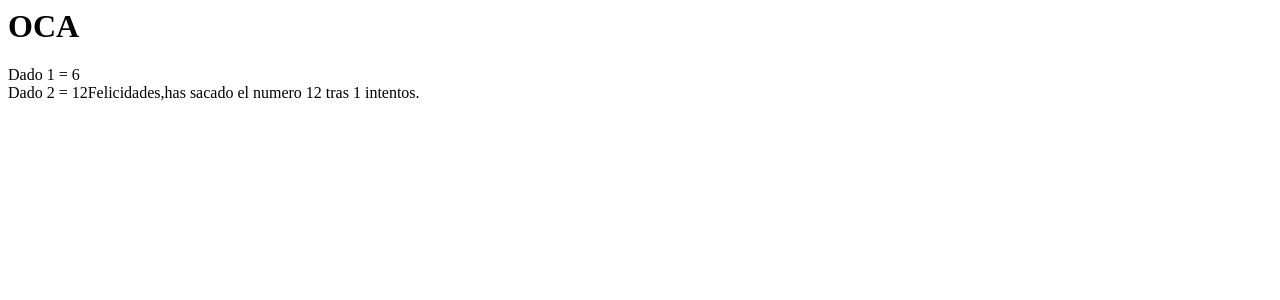
Repository: IlDragoDoro/atomClass
Page: http://localhost/ejercicio2.php
An editor plug-in stored every save of this project. The page is shown before and after the next save, followed by the edit.
The browser window is 1280 px wide. The pictures show the whole page.
The page is run by PHP 8.4 with error messages shown; the project is at /var/www/html/.

Above is the page before, as saved 2020-12-03 22:44:48.

### DWS/POO/ejercicio2.php
<?php
class Oca{
    public $d1=12;
    public $d2;
    public $contador=0;
    public function __construct(){
        $d1 = rand(0,12);
        $d2 = rand(0,12);
        print "<h1>OCA</h1>";
        print "Dado 1  = ".$d1."<br>Dado 2 = ".$d2."";
    }

    public function __destruct(){

            if($this->d1 == 12 || $this->d2 == 12 ||($this->d1+$this->d2)==12){
                $this->contador++;
                print "Felicidades,has sacado el numero 12 tras ".$this->contador." intentos.";
            }else{
                $this->contador++;
            }
        }

}

$oca = new Oca();
?>

After the next save:
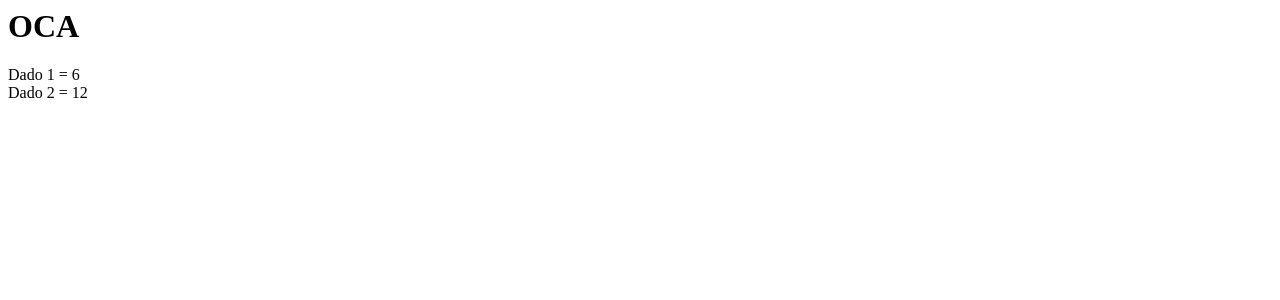
Saved 11 s later.
--- a/DWS/POO/ejercicio2.php
+++ b/DWS/POO/ejercicio2.php
@@ -1,6 +1,6 @@
 <?php
 class Oca{
-    public $d1=12;
+    public $d1;
     public $d2;
     public $contador=0;
     public function __construct(){

After the save that followed:
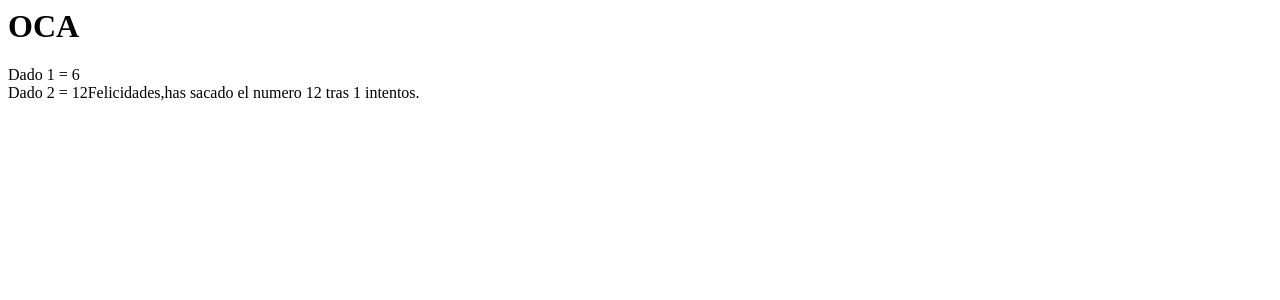
Saved 23 s later.
--- a/DWS/POO/ejercicio2.php
+++ b/DWS/POO/ejercicio2.php
@@ -1,7 +1,7 @@
 <?php
 class Oca{
-    public $d1;
-    public $d2;
+    public $d1=6;
+    public $d2=6;
     public $contador=0;
     public function __construct(){
         $d1 = rand(0,12);
